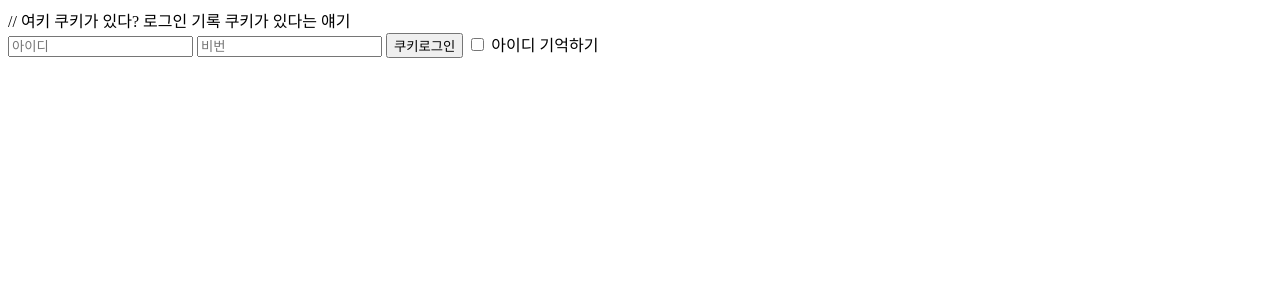
Repository: Muji1412/JSPstudy
Page: http://localhost/JSPbasic/cookie/cookie_ex01.jsp
An editor plug-in stored every save of this project. The page is shown before and after the next save, followed by the edit.
The browser window is 1280 px wide. The pictures show the whole page.
The page is served by Tomcat 9.

Above is the page before, as saved 2025-02-20 07:39:59.

After the next save:
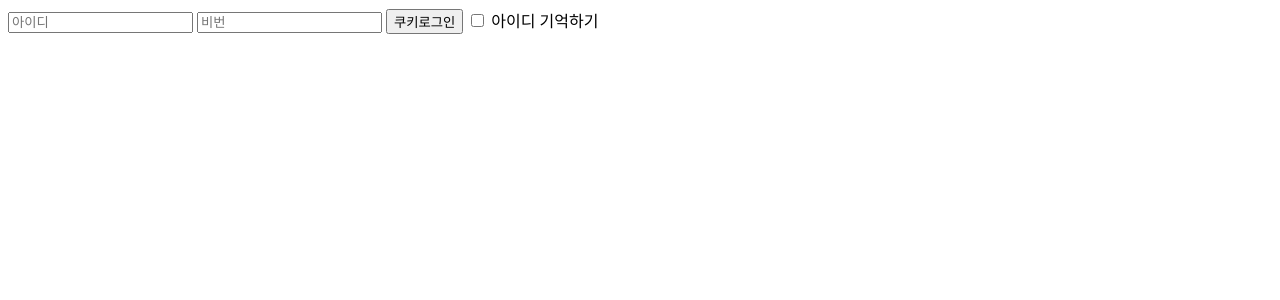
Saved 10 s later.
--- a/workspace/JSPbasic/src/main/webapp/cookie/cookie_ex01.jsp
+++ b/workspace/JSPbasic/src/main/webapp/cookie/cookie_ex01.jsp
@@ -15,7 +15,6 @@
 		}
 	}
 %>
-	// 여키 쿠키가 있다? 로그인 기록 쿠키가 있다는 얘기
 
 <!DOCTYPE html>
 <html>
